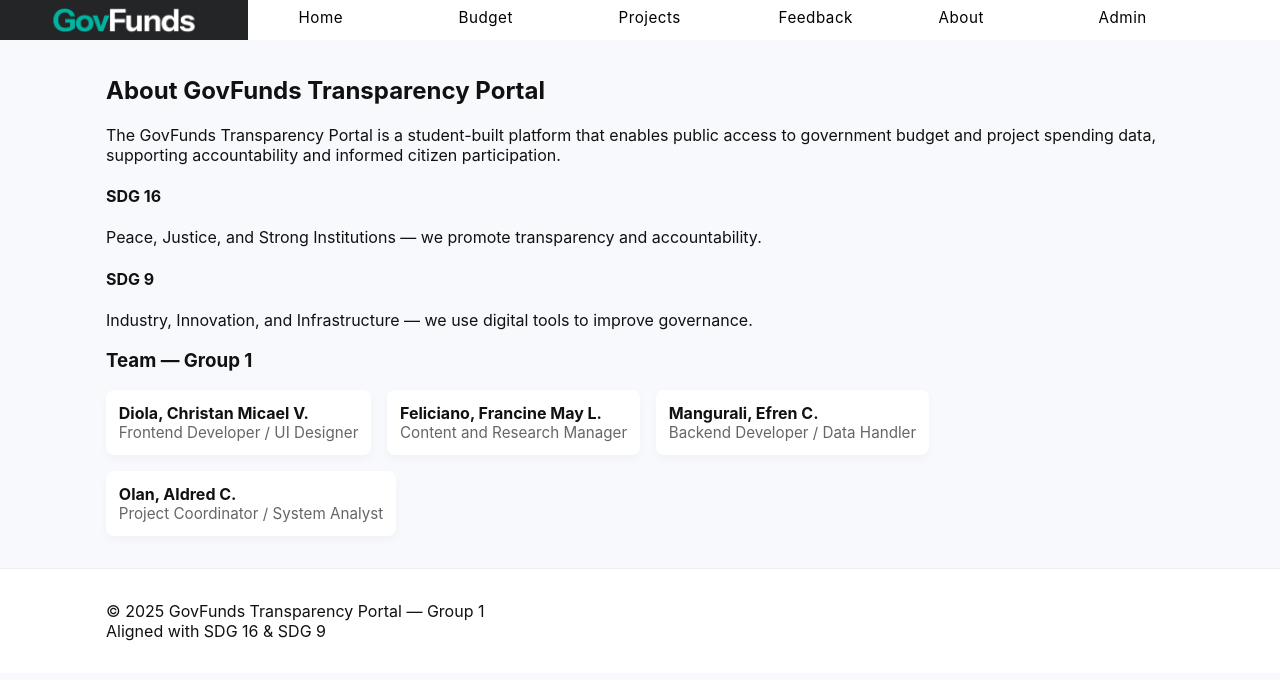
Repository: efren319/GovFunds
Page: http://localhost/about
The author's editor kept a copy of each file at every save. The page is drawn from the files as they stood at one save, then again after the next save.
The browser window is 1280 px wide. The pictures show the whole page.
The page is served by the project's application, run on Flask 3 (app.py).

Above is the page before, as saved 2025-11-10 21:44:03.

### templates/about.html
<!-- templates/about.html -->
{% extends "base.html" %}
{% block content %}
<h2>About GovFunds Transparency Portal</h2>
<p>The GovFunds Transparency Portal is a student-built platform that enables public access to government budget and project spending data, supporting accountability and informed citizen participation.</p>

<section class="sdg-cards">
  <div class="sdg">
    <h4>SDG 16</h4>
    <p>Peace, Justice, and Strong Institutions — we promote transparency and accountability.</p>
  </div>
  <div class="sdg">
    <h4>SDG 9</h4>
    <p>Industry, Innovation, and Infrastructure — we use digital tools to improve governance.</p>
  </div>
</section>

<h3>Team — Group 1</h3>
<div class="team-grid">
  {% for t in team %}
  <div class="team-card">
    <strong>{{ t.name }}</strong>
    <div class="muted">{{ t.role }}</div>
  </div>
  {% endfor %}
</div>
{% endblock %}

### templates/base.html
<!-- templates/base.html -->
<!doctype html>
<html lang="en">
<head>
  <meta charset="utf-8">
  <meta name="viewport" content="width=device-width,initial-scale=1">
  <title>GovFunds Transparency Portal</title>
  <link rel="stylesheet" href="{{ url_for('static', filename='style.css') }}?v=3">
  <script src="https://cdn.jsdelivr.net/npm/chart.js"></script>
</head>
<body>
  <header class="nav">
    <div class="logo"><a href="{{ url_for('home') }}"><img src="{{ url_for('static', filename='logo.png') }}" alt="GovFunds Logo"></a></div>
    <div class="nav-inner">
      <nav>
        <a href="{{ url_for('home') }}">Home</a>
        <a href="{{ url_for('budget') }}">Budget</a>
        <a href="{{ url_for('projects') }}">Projects</a>
        <a href="{{ url_for('feedback') }}">Feedback</a>
        <a href="{{ url_for('about') }}">About</a>
        <a href="{{ url_for('admin') }}" class="admin-link">Admin</a>
      </nav>
    </div>
  </header>

  {% block hero %}{% endblock %}

  <main class="container">
    {% with messages = get_flashed_messages(with_categories=true) %}
      {% if messages %}
        <div class="flash-list">
          {% for category, msg in messages %}
            <div class="flash {{ category }}">{{ msg }}</div>
          {% endfor %}
        </div>
      {% endif %}
    {% endwith %}
    {% block content %}{% endblock %}
  </main>

  <footer class="footer">
    <div class="container">
      <div>© 2025 GovFunds Transparency Portal — Group 1</div>
      <div>Aligned with SDG 16 & SDG 9</div>
    </div>
  </footer>
</body>
</html>

### app.py
# app.py
from flask import Flask, render_template, g, request, redirect, url_for, jsonify, flash
import sqlite3
import os

BASE_DIR = os.path.dirname(os.path.abspath(__file__))
DB_PATH = os.path.join(BASE_DIR, 'govfunds.db')
DATABASE = "govfunds.db"

app = Flask(__name__)
app.secret_key = 'replace-with-a-secure-key'  # change in production

def get_db():
    db = getattr(g, "_database", None)
    if db is None:
        db = g._database = sqlite3.connect(DATABASE)
        db.row_factory = sqlite3.Row  # <-- this is important
    return db

@app.teardown_appcontext
def close_connection(exception):
    db = getattr(g, '_database', None)
    if db is not None:
        db.close()

# Home
@app.route('/')
def home():
    db = get_db()
    cur = db.execute("SELECT COUNT(*) as cnt, SUM(allocated_budget) as total_alloc, SUM(spent) as total_spent FROM projects")
    stats = cur.fetchone()
    projects_count = stats['cnt'] or 0
    total_alloc = stats['total_alloc'] or 0
    total_spent = stats['total_spent'] or 0
    return render_template('home.html',
                           projects_count=projects_count,
                           total_alloc=total_alloc,
                           total_spent=total_spent)

@app.route('/budget')
def budget():
    db = get_db()
    projects = db.execute("SELECT * FROM projects").fetchall()

    # Get selected year from query parameter (default to 2025)
    selected_year = request.args.get('year', 2025, type=int)

    # Annual budgets data
    annual_budgets = {
        2023: 5268000000000,
        2024: 5768000000000,
        2025: 6326000000000
    }

    # Get department budget data from database for selected year
    department_budgets = db.execute(
        "SELECT department, budget FROM department_budgets WHERE year = ? ORDER BY budget DESC",
        (selected_year,)
    ).fetchall()

    dept_labels = [d['department'] for d in department_budgets]
    dept_data = [d['budget'] for d in department_budgets]

    # Get regional budget data from database for selected year
    regional_budgets = db.execute(
        "SELECT region, budget FROM region_budgets WHERE year = ? ORDER BY region",
        (selected_year,)
    ).fetchall()

    region_labels = [r['region'] for r in regional_budgets]
    region_data = [r['budget'] for r in regional_budgets]

    # Get available years
    available_years = db.execute(
        "SELECT DISTINCT year FROM region_budgets ORDER BY year DESC"
    ).fetchall()
    years = [row['year'] for row in available_years]

    print("Department Labels:", dept_labels)
    print("Department Data:", dept_data)
    print("Region Labels:", region_labels)
    print("Region Data:", region_data)
    print("Selected Year:", selected_year)

    return render_template(
        'budget.html',
        projects=projects,
        dept_labels=dept_labels,
        dept_data=dept_data,
        region_labels=region_labels,
        region_data=region_data,
        selected_year=selected_year,
        available_years=years,
        annual_budget=annual_budgets.get(selected_year, 0),
        department_budgets_list=department_budgets
    )


# API endpoint for budget data (used by Chart.js)
@app.route('/api/budget_data')
def budget_data():
    db = get_db()
    cur = db.execute("SELECT department, SUM(allocated_budget) as allocated, SUM(spent) as spent FROM projects GROUP BY department")
    rows = [dict(r) for r in cur.fetchall()]
    return jsonify(rows)

# Projects listing
@app.route('/projects')
def projects():
    db = get_db()
    cur = db.execute("SELECT * FROM projects ORDER BY id DESC")
    projects = cur.fetchall()
    return render_template('projects.html', projects=projects)

# Project detail
@app.route('/project/<int:pid>')
def project_detail(pid):
    db = get_db()
    cur = db.execute("SELECT * FROM projects WHERE id = ?", (pid,))
    project = cur.fetchone()
    if not project:
        flash('Project not found', 'warning')
        return redirect(url_for('projects'))
    return render_template('project_detail.html', project=project)

# Feedback form
@app.route('/feedback', methods=['GET', 'POST'])
def feedback():
    db = get_db()
    if request.method == 'POST':
        name = request.form.get('name', '').strip()
        email = request.form.get('email', '').strip()
        message = request.form.get('message', '').strip()
        if not message:
            flash('Please enter a message', 'danger')
            return redirect(url_for('feedback'))
        db.execute("INSERT INTO feedback (name,email,message) VALUES (?,?,?)", (name, email, message))
        db.commit()
        flash('Thank you — your feedback has been submitted.', 'success')
        return redirect(url_for('feedback'))
    cur = db.execute("SELECT * FROM feedback ORDER BY created_at DESC LIMIT 10")
    recent = cur.fetchall()
    return render_template('feedback.html', recent=recent)

# About
@app.route('/about')
def about():
    team = [
        {'name': 'Diola, Christan Micael V.', 'role': 'Frontend Developer / UI Designer'},
        {'name': 'Feliciano, Francine May L.', 'role': 'Content and Research Manager'},
        {'name': 'Mangurali, Efren C.', 'role': 'Backend Developer / Data Handler'},
        {'name': 'Olan, Aldred C.', 'role': 'Project Coordinator / System Analyst'}
    ]
    return render_template('about.html', team=team)

# Simple admin to add projects (demo only — protect in production)
@app.route('/admin', methods=['GET', 'POST'])
def admin():
    db = get_db()
    if request.method == 'POST':
        name = request.form.get('name','').strip()
        dept = request.form.get('department','').strip()
        desc = request.form.get('description','').strip()
        allocated = float(request.form.get('allocated_budget') or 0)
        spent = float(request.form.get('spent') or 0)
        status = request.form.get('status') or 'Planned'
        region = request.form.get('region','').strip()
        db.execute(
            "INSERT INTO projects (name, department, description, allocated_budget, spent, status, region) VALUES (?,?,?,?,?,?,?)",
            (name, dept, desc, allocated, spent, status, region)
        )
        db.commit()
        flash('Project added.', 'success')
        return redirect(url_for('admin'))
    cur = db.execute("SELECT * FROM projects ORDER BY id DESC LIMIT 50")
    projects = cur.fetchall()
    return render_template('admin.html', projects=projects)

if __name__ == '__main__':
    app.run(debug=True)

### static/style.css
/* static/style.css */

:root {
  --navy: #00B49F;
  --gold: #FFD700;
  --muted: #666;
  --bg: #f7f9fc;
}

* {
  box-sizing: border-box;
}

html {
  margin: 0;
  padding: 0;
}

body {
  font-family: Inter, Roboto, Poppins, Arial, sans-serif;
  margin: 0;
  padding: 0;
  background: var(--bg);
  color: #111;
}

.container {
  max-width: 1100px;
  margin: 0 auto;
  padding: 1rem;
}

.logo img {
  height: 40px;
}

/* Navigation Styles */
.nav {
  background: #ffffff;
  color: #fff;
  position: sticky;
  top: 0;
  z-index: 100;
  display: flex;
  align-items: stretch;
  padding: 0;
  gap: 0;
  margin: 0;
  width: 100%;
}

.logo {
  flex-shrink: 0;
  display: flex;
  align-items: stretch;
  margin: 0;
  background: #ffffff;
}

.logo a {
  text-decoration: none;
  display: flex;
  align-items: center;
  padding: 0px;
  margin: 0;
}

.logo img {
  height: 40px;
}

.nav-inner {
  display: flex;
  width: 1021px;
  height: 35px;
  justify-content: center;
  align-items: center;
  flex-shrink: 0;
}

nav {
  display: flex;
  gap: 2.5rem;
  align-items: center;
  height: 100%;
}

nav a {
  color: #000;
  text-decoration: none;
  font-weight: 400;
  font-size: 0.95rem;
  letter-spacing: 0.5px;
  display: flex;
  align-items: center;
  height: 100%;
  width: 120px;
}

nav a.admin-link {
  background: transparent;
  color: #000;
  padding: 0;
  border-radius: 0;
}

/* Hero Section */
.hero {
  background: #fff;
  padding: 2rem;
  border-radius: 8px;
  margin: 1rem 0;
  box-shadow: 0 6px 18px rgba(3, 3, 3, 0.06);
}

/* Annual Budget Hero Section - Full Width */
.annual-budget-hero {
  background: url('/static/budget_bg.png') center/cover;
  color: #fff;
  padding: 4rem 2rem;
  margin: 0;
  margin-top: -70px;
  box-shadow: 0 8px 24px rgba(0, 0, 0, 0.15);
  width: 100vw;
  position: relative;
  left: 50%;
  right: 50%;
  margin-left: -50vw;
  margin-right: -50vw;
}

.annual-budget-hero-content {
  display: flex;
  justify-content: space-between;
  align-items: center;
  gap: 2rem;
  flex-wrap: wrap;
  max-width: 1400px;
  padding-top: 30px;
  margin: 0 auto;
}

.annual-budget-left {
  flex: 1;
  min-width: 300px;
  background: #1e1e1e;
  border-radius: 16px;
  padding: 15px;
}

.annual-budget-left p {
  margin: 0 0 0.5rem;
  font-size: 1.5rem;
  opacity: 0.9;
}

.annual-budget-left h1 {
  color: #00B49F;
  margin: 0;
  font-size: 3.0rem;
  font-weight: 700;
}

.annual-budget-left p:last-child {
  margin: 0.5rem 0 0;
  font-size: 1.5rem;
  opacity: 0.9;
}

.annual-budget-right {
  flex: 1;
  min-width: 300px;
  background: rgba(255, 255, 255, 0.1);
  padding: 1.2rem;
  border-radius: 16px;
  border: 2px solid #1e1e1e79;
  backdrop-filter: blur(10px);
}

.annual-budget-right p {
  margin: 0;
}

.annual-budget-right p:first-child {
  margin: 0 0 0.5rem;
  font-size: 1.2rem;
  opacity: 0.9;
}

#deptName {
  margin: 0.5rem 0;
  font-size: 1.6rem;
  font-weight: 600;
}

#deptBudget {
  color: #1e1e1e;
  margin: 0;
  font-size: 2.5rem;
  font-weight: 700;
}

.hero h1 {
  margin: 0 0 .25rem;
  font-size: 1.8rem;
}

.hero p {
  margin: 0 0 1rem;
  color: var(--muted);
}

.hero-cta .btn {
  margin-right: 0.6rem;
}

.btn {
  background: var(--navy);
  color: #fff;
  padding: 0.6rem 1rem;
  border: none;
  border-radius: 6px;
  text-decoration: none;
  display: inline-block;
}

.btn.outline {
  background: transparent;
  border: 2px solid var(--navy);
  color: var(--navy);
}

.hero-stats {
  display: flex;
  gap: 1rem;
  margin-top: 1rem;
}

.stat {
  background: #f1f6fb;
  padding: 0.8rem;
  border-radius: 8px;
  flex: 1;
  text-align: center;
}

.stat-value {
  font-weight: 700;
  font-size: 1.1rem;
}

.stat-label {
  color: var(--muted);
  font-size: 0.9rem;
}

/* Cards and Quick Links */
.quick-cards {
  display: flex;
  gap: 1rem;
  margin: 1rem 0;
}

.card {
  flex: 1;
  background: #fff;
  padding: 1rem;
  border-radius: 8px;
  box-shadow: 0 6px 12px rgba(3, 3, 3, 0.04);
}

.small-link {
  display: inline-block;
  margin-top: 0.6rem;
  color: var(--navy);
  text-decoration: none;
}

/* Charts and Tables */
.chart-row {
  background: #fff;
  padding: 1rem;
  border-radius: 8px;
  margin: 1rem 0;
}

.table-section {
  background: #fff;
  padding: 1rem;
  border-radius: 8px;
  margin: 1rem 0;
}

.data-table {
  width: 100%;
  border-collapse: collapse;
}

.data-table th,
.data-table td {
  padding: 0.6rem;
  border-bottom: 1px solid #eee;
  text-align: left;
}

/* Projects Grid */
.projects-grid {
  display: grid;
  grid-template-columns: repeat(auto-fit, minmax(260px, 1fr));
  gap: 1rem;
}

.project-card {
  background: #fff;
  padding: 1rem;
  border-radius: 8px;
  box-shadow: 0 6px 12px rgba(3, 3, 3, 0.04);
}

.project-meta {
  display: flex;
  gap: 1rem;
  justify-content: space-between;
  margin-top: 0.5rem;
  color: var(--muted);
  font-size: 0.9rem;
}

/* Forms */
.form {
  background: #fff;
  padding: 1rem;
  border-radius: 8px;
  box-shadow: 0 6px 12px rgba(3, 3, 3, 0.04);
}

.form-row {
  margin-bottom: 0.6rem;
  display: flex;
  gap: 0.5rem;
}

.form-row input,
.form-row textarea,
select {
  flex: 1;
  padding: 0.6rem;
  border: 1px solid #ddd;
  border-radius: 6px;
}

/* Feedback */
.feedback-list {
  list-style: none;
  padding: 0;
}

.feedback-list li {
  background: #fff;
  padding: 0.8rem;
  margin-bottom: 0.6rem;
  border-radius: 6px;
}

.muted {
  color: var(--muted);
  font-size: 0.95rem;
}

/* Footer */
.footer {
  background: #fff;
  padding: 1rem;
  margin-top: 1rem;
  border-top: 1px solid #eee;
}

/* Team Section */
.team-grid {
  display: flex;
  gap: 1rem;
  flex-wrap: wrap;
}

.team-card {
  background: #fff;
  padding: 0.8rem;
  border-radius: 8px;
  min-width: 200px;
  box-shadow: 0 4px 10px rgba(3, 3, 3, 0.03);
}

/* Flash Messages */
.flash-list .flash {
  margin: 0.6rem 0;
  padding: 0.6rem;
  border-radius: 6px;
}

.flash.success {
  background: #e6f9ec;
  color: #084c22;
}

.flash.danger {
  background: #fdecea;
  color: #7a1b1b;
}

.flash.warning {
  background: #fff4e5;
  color: #5b3b00;
}

After the next save:
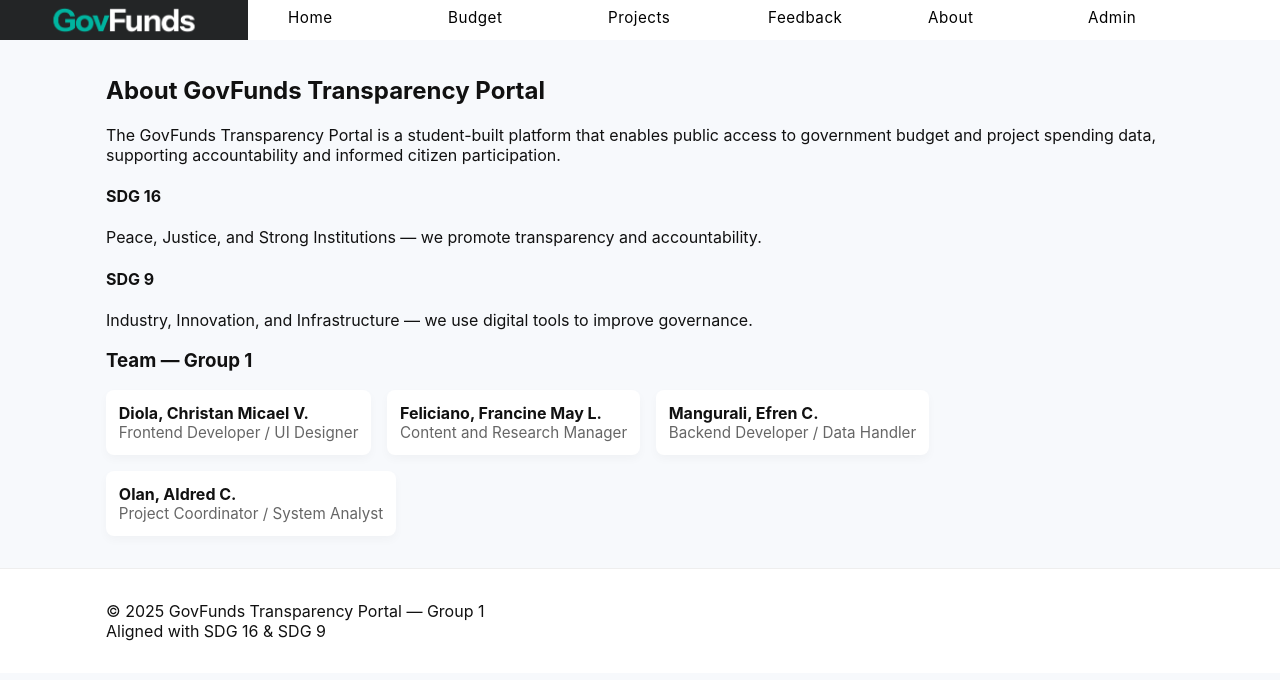
Saved 34 s later.
--- a/static/style.css
+++ b/static/style.css
@@ -71,7 +71,7 @@ body {
 
 .nav-inner {
   display: flex;
-  width: 1021px;
+  width: 1000px;
   height: 35px;
   justify-content: center;
   align-items: center;
